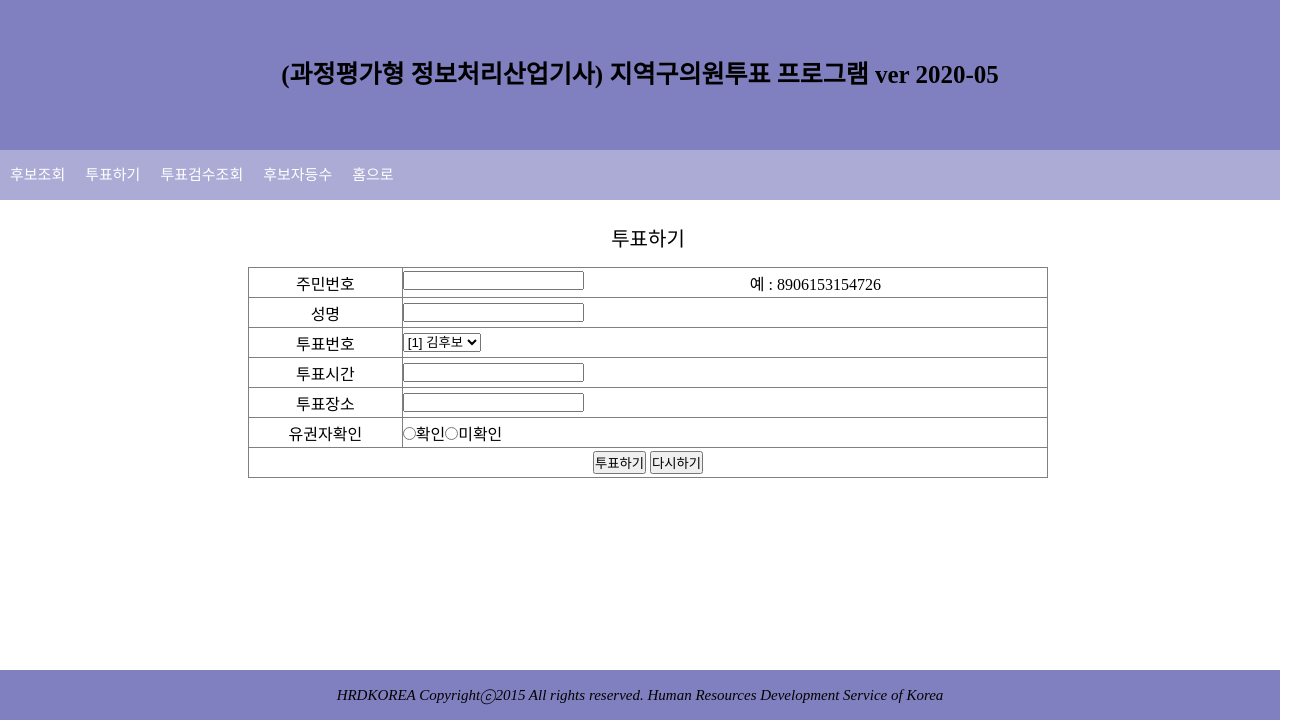
Repository: eunbiro/HRD_1236
Page: http://localhost/HRD_1235/insert.jsp
These files come from the project's save history. The page is drawn as it stood at one moment and after the next save; the edit follows.
The browser window is 1280 px wide. The page is 1296 px wide, so the pictures cover 1296 px, including what lies to the right of the window. The pictures show the whole page.
The page is served by Tomcat 9. Other server files are loaded and not shown.

Above is the page before, as saved 2022-12-22 01:56:00.

### HRD_1235/src/main/webapp/insert.jsp
<%@ page language="java" contentType="text/html; charset=UTF-8"
    pageEncoding="UTF-8"%>
<!DOCTYPE html>
<html>
<head>
<meta charset="UTF-8">
<title>투표하기</title>
<link rel="stylesheet" href="style.css">
</head>
<body>
	<%@ include file="header.jsp" %>
	<section>
		<div class="title">투표하기</div>
		<div class="wrapper">
			<table>
				<tr>
					<td>주민번호</td>
					<td class="input">
						<input />
						예 : 8906153154726
					</td>
				</tr>
				<tr>
					<td>성명</td>
					<td class="input"><input /></td>
				</tr>
				<tr>
					<td>투표번호</td>
					<td class="input">
						<select>
							<option>[1] 김후보</option>
							<option>[2] 이후보</option>
							<option>[3] 박후보</option>
							<option>[4] 조후보</option>
							<option>[5] 최후보</option>
						</select>
					</td>
				</tr>
				<tr>
					<td>투표시간</td>
					<td class="input"><input /></td>
				</tr>
				<tr>
					<td>투표장소</td>
					<td class="input"><input /></td>
				</tr>
				<tr>
					<td>유권자확인</td>
					<td class="input">
						<label><input type="radio" />확인</label>
						<label><input type="radio" />미확인</label>
					</td>
				</tr>
				<tr>
					<td colspan="2">
						<button>투표하기</button>
						<button>다시하기</button>
					</td>
				</tr>

			</table>
		</div>
	</section>
	<%@ include file="footer.jsp" %>
</body>
</html>

### HRD_1235/src/main/webapp/header.jsp
<%@ page language="java" contentType="text/html; charset=UTF-8"
    pageEncoding="UTF-8"%>
<!DOCTYPE html>
<html>
<head>
<meta charset="UTF-8">
<title>Insert title here</title>
</head>
<body>
	<header>(과정평가형 정보처리산업기사) 지역구의원투표 프로그램 ver 2020-05</header>
	<nav>
		<ul class="menu">
			<li><a href="list">후보조회</a></li>
			<li><a href="insert">투표하기</a></li>
			<li><a href="result">투표검수조회</a></li>
			<li><a href="rank">후보자등수</a></li>
			<li><a href="home">홈으로</a></li>
		</ul>
	</nav>
</body>
</html>

### HRD_1235/src/main/webapp/footer.jsp
<%@ page language="java" contentType="text/html; charset=UTF-8"
    pageEncoding="UTF-8"%>
<!DOCTYPE html>
<html>
<head>
<meta charset="UTF-8">
<title>Insert title here</title>
</head>
<body>
	<footer>HRDKOREA Copyrightⓒ2015 All rights reserved. Human Resources Development Service of Korea</footer>
</body>
</html>

### HRD_1235/src/main/webapp/style.css
@charset "UTF-8";

* {
	margin: 0;
	padding: 0;
}

a {
	text-decoration: none;
	color: #fff;
}

header {
	width: 100%;
	height: 150px;
	line-height: 150px;
	background: #8080c0;
	font-size: 25px;
	text-align: center;
	font-weight: 900;
}

.menu {
	display: flex;
	list-style: none;
	width: 100%;
	background: #ababd6;
}

.menu li {
	margin: 5px;
	padding: 5px;
	height: 30px;
	line-height: 30px;
	font-size: 15px;
}

section {
	width: 100%;
	height: 100%;
	padding: 8px;
}

.title {
	width: 100%;
	margin: 15px 0;
	font-size: 20px;
	text-align: center;
	font-weight: 500;
}

.wrapper {
	display: flex;
	justify-content: center;
	align-items: center;
	text-align: center;
}

table {
	width: 800px;
}

table, tr, td, th {
	border: 1px solid gray;
	border-collapse: collapse;
}

table tr {
	height: 30px;
}

td > input, td select, td label {
	float: left;
}

footer {
	position: fixed;
	width: 100%;
	height: 50px;
	line-height: 50px;
	bottom: 0;
	background: #8080c0;
	font-size: 15px;
	font-style: italic;
	text-align: center;
}

After the next save:
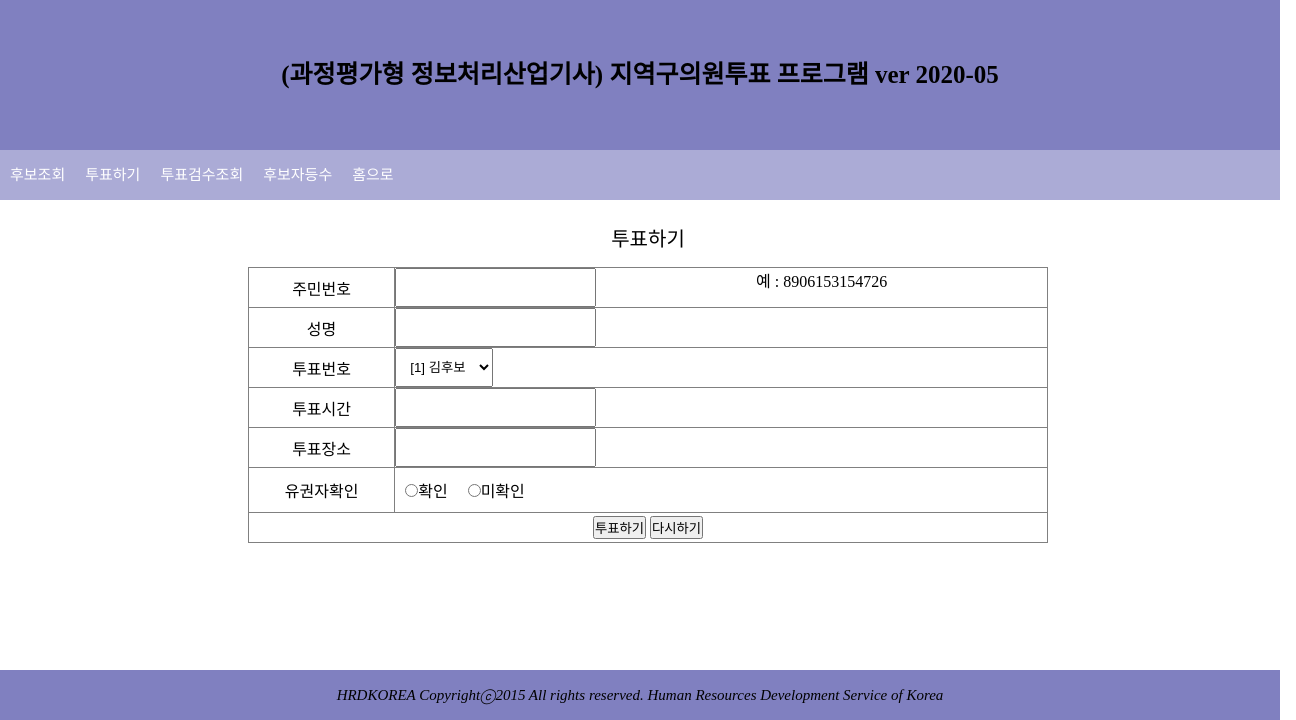
Saved 22 s later.
--- a/HRD_1235/src/main/webapp/style.css
+++ b/HRD_1235/src/main/webapp/style.css
@@ -71,6 +71,7 @@ table tr {
 
 td > input, td select, td label {
 	float: left;
+	padding: 10px;
 }
 
 footer {
